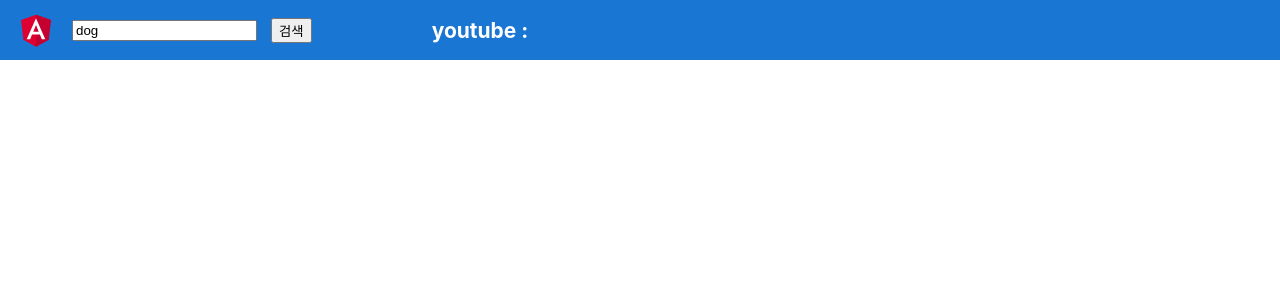
Repository: angular-weekely-toy/week10-rxjs-project
Page: / (app in youtube-example/)
The author's editor kept a copy of each file at every save. The page is drawn from the files as they stood at one save, then again after a run of saves.
The browser window is 1280 px wide. The pictures show the whole page.
The page's requests for data from a server got no answer. The project was rebuilt for these pictures with package versions that can differ from the ones it lists, and the page was loaded fresh each time. No one was signed in, and anything a server would have sent is missing. Also part of the build but not shown: youtube-example/angular.json.

Above is the page before, as saved 2022-02-26 17:49:53.

### youtube-example/src/index.html
<!doctype html>
<html lang="en">
<head>
  <meta charset="utf-8">
  <title>YoutubeExample</title>
  <base href="/">
  <meta name="viewport" content="width=device-width, initial-scale=1">
  <link rel="icon" type="image/x-icon" href="favicon.ico">
</head>
<body>
  <app-root></app-root>
</body>
</html>

### youtube-example/src/app/app.module.ts
import { NgModule } from '@angular/core';
import { BrowserModule } from '@angular/platform-browser';
import { FormsModule, ReactiveFormsModule } from '@angular/forms';
import { AppRoutingModule } from './app-routing.module';
import { HttpClientModule, HTTP_INTERCEPTORS, HttpClient } from '@angular/common/http';
import { AppComponent } from './app.component';

@NgModule({
  declarations: [
    AppComponent
  ],
  imports: [
    BrowserModule,
    AppRoutingModule,
    HttpClientModule,
    FormsModule,
    ReactiveFormsModule
  ],
  providers: [],
  bootstrap: [AppComponent]
})
export class AppModule { }

### youtube-example/src/environments/environment.ts
// This file can be replaced during build by using the `fileReplacements` array.
// `ng build` replaces `environment.ts` with `environment.prod.ts`.
// The list of file replacements can be found in `angular.json`.

export const environment = {
  production: false,
  key: 'AIzaSyALnE4YcKrDM2rNRbyqEohzMgWJidT9Lxs',
  url: 'https://www.googleapis.com/youtube/v3/search'
};

/*
 * For easier debugging in development mode, you can import the following file
 * to ignore zone related error stack frames such as `zone.run`, `zoneDelegate.invokeTask`.
 *
 * This import should be commented out in production mode because it will have a negative impact
 * on performance if an error is thrown.
 */
// import 'zone.js/plugins/zone-error';  // Included with Angular CLI.

### youtube-example/src/app/app.component.ts
import { Component, OnInit } from '@angular/core';
import { YoutubeService } from './service/youtube.service'
import { FormBuilder, FormGroup  } from '@angular/forms';

@Component({
  selector: 'app-root',
  templateUrl: './app.component.html',
  styleUrls: ['./app.component.css'],
  providers: [YoutubeService],
})
export class AppComponent implements OnInit {
  title = 'youtube';
  group: FormGroup;
  target: string = "";
  youtubeItem: string = "";
  youtubeList?: any[] = new Array();
  youtubeTitle?: String;

  constructor(private fb: FormBuilder, private youtubeService: YoutubeService) {
    this.group = this.fb.group({});

  }

  createForm() {
    this.group.addControl('search_text', this.fb.control('dog'));
  }

  ngOnInit(): void {
    this.createForm();
    this.target = this.group?.controls?.search_text?.value;
    this.search(this.target);
  }

  search(search: any) {
    this.searchList(search);
  }

  actionSubmit= () => {
    this.target = this.group?.controls?.search_text?.value;
    this.searchList(this.target);
  }

  searchList(searchText: any) {
    this.youtubeService.getSearchChannel(searchText)
      .toPromise()
      .then((data) => {
        this.youtubeTitle = searchText;
        console.log('items : ', data?.kind);
        this.youtubeList = data?.items;
        console.log('req -> ', data);
      })
      .catch((error) => {
        console.log('error - ', error);
      })
  }


}

### youtube-example/src/app/app.component.html

<!-- Toolbar -->
<form [formGroup]="group" (ngSubmit)="actionSubmit()">
  <div class="toolbar" role="banner">
    <img
      width="40"
      alt="Angular Logo"
      src="data:[embedded picture, 522 characters]"
    />

    <input type="text" formControlName="search_text"/>
    &nbsp;&nbsp;&nbsp;&nbsp;<button type="sbumit">검색</button>
    <span style="margin-left: 120px;"><h2>{{title}} : {{youtubeTitle}}</h2></span>
  </div>

  <div class="content" role="main">
    <ul>
      <li *ngFor="let youtubeItem of youtubeList" [value]="youtubeItem">
        <img src="{{youtubeItem.snippet.thumbnails.default.url}}"/>
        <a href="https://youtube.com/channel/{{youtubeItem.id.channelId}}" target="_blank">
          {{youtubeItem.snippet.channelTitle}}
        </a>
      </li>
    </ul>
  </div>
  </form>

### youtube-example/src/app/service/youtube.service.ts
import { Inject, Injectable } from '@angular/core';
import { HttpClient, HttpParams, HttpEvent, HttpHeaders } from '@angular/common/http';
import { Observable } from 'rxjs';
import { environment } from '../../environments/environment';

@Injectable()
export class YoutubeService {
    constructor(private http: HttpClient) {}

    getSearchChannel(q: string): Observable<any> {
        const url: string = environment.url + `?part=snippet&q=${q}&type=channel&key=${environment.key}`;
        let result: any;
        try {
            result = this.http.get<any>(url).pipe();
        } catch (e) {
            console.log('eeee', e);
        }
        return result;
    }
}

Loaded but not shown: youtube-example/src/styles.css (common file); youtube-example/src/main.ts (common file); youtube-example/src/app/app-routing.module.ts (common file); youtube-example/src/app/app.component.css (common file)

After the next 2 saves:
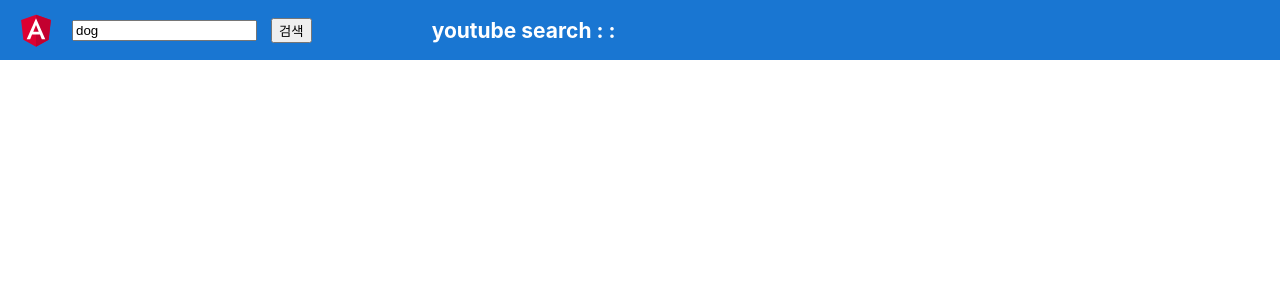
The 2 saves are shown as one change because they came seconds apart.
The last was saved 18 s later.
--- a/youtube-example/src/app/app.component.ts
+++ b/youtube-example/src/app/app.component.ts
@@ -9,7 +9,7 @@
   providers: [YoutubeService],
 })
 export class AppComponent implements OnInit {
-  title = 'youtube';
+  title = 'youtube search : ';
   group: FormGroup;
   target: string = "";
   youtubeItem: string = "";
